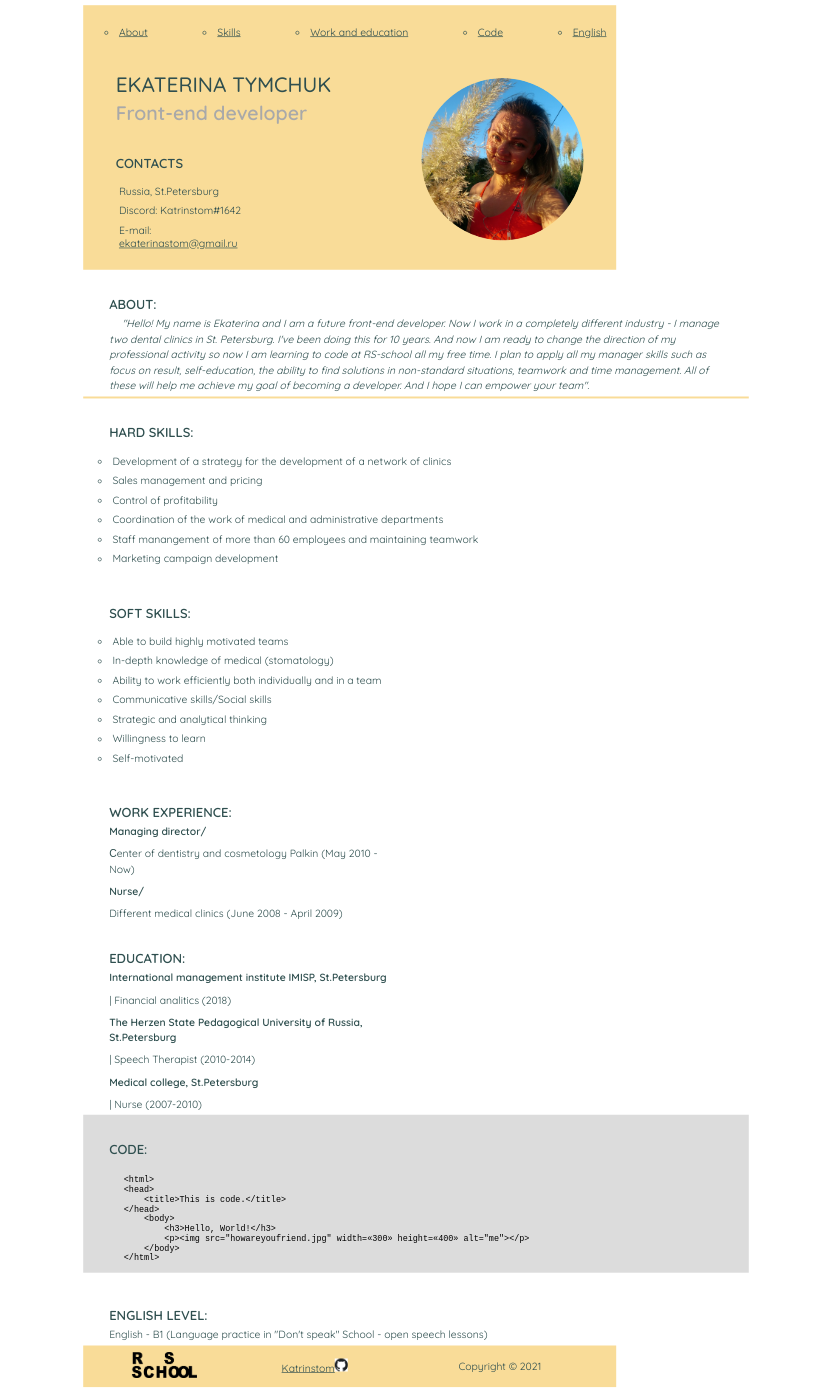
Repository: Katrinstom/rsschool-cv
Page: index.html
These files come from the project's save history. The page is drawn as it stood at one moment and after the next save; the edit follows.
The browser window is 1280 px wide. The pictures show the whole page, at 65% of full size.

Above is the page before, as saved 2022-01-02 19:17:11.

### index.html
<!DOCTYPE html>
<html lang="en">
<head>
    <meta charset="UTF-8">
    <meta http-equiv="X-UA-Compatible" content="IE=edge">
    <meta name="viewport" content="width=device-width, initial-scale=1.0">
    <title>CV</title>
    <link type="text/css" rel="stylesheet" href="style.css"/>
    <link rel="preconnect" href="https://fonts.googleapis.com">
<link rel="preconnect" href="https://fonts.gstatic.com" crossorigin>
<link href="https://fonts.googleapis.com/css2?family=Quicksand:wght@400;500;600&display=swap" rel="stylesheet">
</head>
<body>
    <div id="wrapper">
        <header class="bigblock">
            <nav class="nav">
                <ul class="navlist">
                    <li class="nav-item"><a href="#about" class="nav-link">About</a></li>
                    <li class="nav-item"><a href="#skills" class="nav-link">Skills</a></li>
                    <li class="nav-item"><a href="#workandeducation" class="nav-link">Work and education</a></li>
                    <li class="nav-item"><a href="#code" class="nav-link">Code</a></li>
                    <li class="nav-item"><a href="#english" class="nav-link">English</a></li>
                </ul>
            </nav>
                <img class="pic" src="images/1909_oooo.plus.png" alt="itsme" width="250" height="250">
                <h1>Ekaterina Tymchuk</h1>
                <h2>Front-end developer</h2>
                <h4>Contacts</h4>
                <ul class="nonumber">
                    <li>Russia, St.Petersburg</li>
                    <li>Discord: Katrinstom#1642</li>
                    <li>E-mail:<a href="mailto:ekaterinastom@gmail.ru">ekaterinastom@gmail.ru</a></li>
                </ul>
        </header>
        <article>
            <div class="about" id="about">
                <h4>About:</h4>
                <p>"Hello! My name is Ekaterina and I am a future front-end developer. Now I work in a completely different industry - I manage two dental clinics in St. Petersburg. I've been doing this for 10 years. And now I am ready to change the direction of my professional activity so now I am learning to code at RS-school all my free time. I plan to apply all my manager skills such as focus on result, self-education, the ability to find solutions in non-standard situations, teamwork and time management. All of these will help me achieve my goal of becoming a developer. And I hope I can empower your team".</p>
            </div>
        </article>
        <section>
            <div class="skills" id="skills">
                <h4>Hard skills:</h4>
                <ul>
                    <li>Development of a strategy for the development of a network of clinics</li>
                    <li>Sales management and pricing</li>
                    <li>Control of profitability</li>
                    <li>Coordination of the work of medical and administrative departments</li>
                    <li>Staff manangement of more than 60 employees and maintaining teamwork</li>
                    <li>Marketing campaign development</li>
                </ul>
            </div>
            <div class="skills" id="skills">
                <h4>Soft skills:</h4>
                <ul>
                    <li>Able to build highly motivated teams</li>
                    <li>In-depth knowledge of medical (stomatology)</li>
                    <li>Ability to work efficiently both individually and in a team</li>
                    <li>Communicative skills/Social skills</li>
                    <li>Strategic and analytical thinking</li>
                    <li>Willingness to learn</li>
                    <li>Self-motivated</li>
                </ul>
            </div>
        </section>
        <section>
            <div style="clear:both"></div>
            <div class="workandeducation" id="workandeducation">
                <h4>Work experience:</h4>
                <b>Managing director/</b>
                <p>Сenter of dentistry and cosmetology Palkin (May 2010 - Now)</p>
                <b>Nurse/</b>
                <p>Different medical clinics (June 2008 - April 2009)</p>
            </div>
            <div class="workandeducation" id="workandeducation">
                <h4>Education:</h4>
                <b>International management institute IMISP, St.Petersburg</b>
                <p>| Financial analitics (2018)</p>
                <b>The Herzen State Pedagogical University of Russia, St.Petersburg</b>
                <p>| Speech Therapist (2010-2014)</p>
                <b>Medical college, St.Petersburg</b>
                <p>| Nurse (2007-2010)</p>
            </div>
        </section>
        <section>
            <div class="code" id="code">
                <h4>Code:</h4>
                <pre><code>
        &LT;html&GT;
        &LT;head&GT;
            &LT;title&GT;This is code.&LT;/title&GT;
        &LT;/head&GT;
            &LT;body&GT;
                &LT;h3&GT;Hello, World!&LT;/h3&GT;
                &LT;p&GT;&LT;img src="howareyoufriend.jpg" width=«300» height=«400» alt="me"&GT;&LT;/p&GT;
            &LT;/body&GT;
        &LT;/html&GT;
                </code></pre>
            </div>
            <div class="english" id="english">
            <h4>English level:</h4>
            <p>English - B1 (Language practice in "Don't speak" School - open speech lessons)</p>
            </div>
        </section>
        <footer class="footer">
            <div class="flexcont">
                <a href="https://rs.school/js/"><img src="images/logo-rsschool3.png" alt="logo-rsschool3" width="100" height="40"></a>
                <a href="https://github.com/Katrinstom">Katrinstom<img src="images/gitpic.png" alt="gitlogo" width="20" height="20"></a>
                <p>Copyright © 2021</p>
             </div>
        </footer>
    </div>
</body>
</html>

### style.css
html {
    scroll-behavior: smooth;
}
#wrapper {
    width: 1024px;
    margin: 0 auto;
    background-color:white;
}
.bigblock {
    width: 800px;
    height: auto;
    background-color: #f9dc98;
    margin: 0;
    padding: 10px;
}
.navlist {
    display: flex;
    justify-content: space-between;
    align-items: center;
}
body {
    font-family: 'Quicksand', sans-serif;
}
h1 {
  padding: 30px 40px 5px;
  text-align: left;
  font-family:'Quicksand', sans-serif;
  font-weight: 500;
  font-size: 32px;
  text-transform: uppercase;
  color:darkslategray;
  margin: 0;
}
h2 {
    padding: 0px 40px 5px;
    text-align: left;
    font-family:'Quicksand', sans-serif;
    font-size: 30px;
    color:darkgrey;
    margin: 0;
}
h3 {
    padding: 0px 40px 5px;
    text-align: left;
    font-family:'Quicksand', sans-serif;
    font-size: 25px;
    color:darkgrey;
    margin: 0;
}
h4 {
    font-family:'Quicksand', sans-serif;
    font-size: 20px;
    text-transform: uppercase;
    padding: 40px 40px 0px;
    text-align: left;
    color: darkslategray;
    margin: 0;
}
ul {
    list-style-type:circle;
    padding: auto;
}
.nonumber {
    list-style-type:none;
}
li {
    text-align: left;
    color: darkslategray;
    font-family: 'Quicksand', sans-serif;
    margin: 0;
    padding: 5px 5px 5px;
}
.about {
    border-bottom: solid 3px #f9dc98;
}
.about p {
    text-align: left;
    color: darkslategray;
    font-family: 'Quicksand', sans-serif;
    font-style: italic;
    margin: 0;
    height: auto;
    width: auto;
    padding: 5px 40px 5px;
    line-height: 1.5;
    text-indent: 20px;
}
.english {
    text-align: left;
    color: darkslategray;
    margin: 0;
    height: auto;
    width: auto;
    padding: 0;
}
.slills {
    text-align: left;
    color: darkslategray;
    font-family: 'Quicksand', sans-serif;
    margin: 0;
    height: auto;
    width: 50%;
    padding: 0;
}
.workandeducation {
    text-align: left;
    color: darkslategray;
    font-family: 'Quicksand', sans-serif;
    margin: 0;
    height: auto;
    width: 50%;
    padding: 0;
}
.pic {
    border-radius: 50%;
    float: right;
    padding: 40px;
}
p, b {
    display: block;
    text-align: left;
    color: darkslategray;
    font-family: 'Quicksand', sans-serif;
    margin: 0;
    height: auto;
    width: auto;
    padding: 5px 40px 5px;
    line-height: 1.5;
}
.code {
    text-align: left;
    background-color: gainsboro;
    display: block;
}
.flexcont {
    display: flex;
    flex-direction: row;
    justify-content: space-around;
    align-items: center;
}
a {
    display: block;
}
li a {
    color: darkslategray;
}
footer a {
    color: darkslategray;
}
.footer {
    width: 800px;
    height: auto;
    background-color: #f9dc98;
    margin: 0;
    padding: 10px;
}

After the next save:
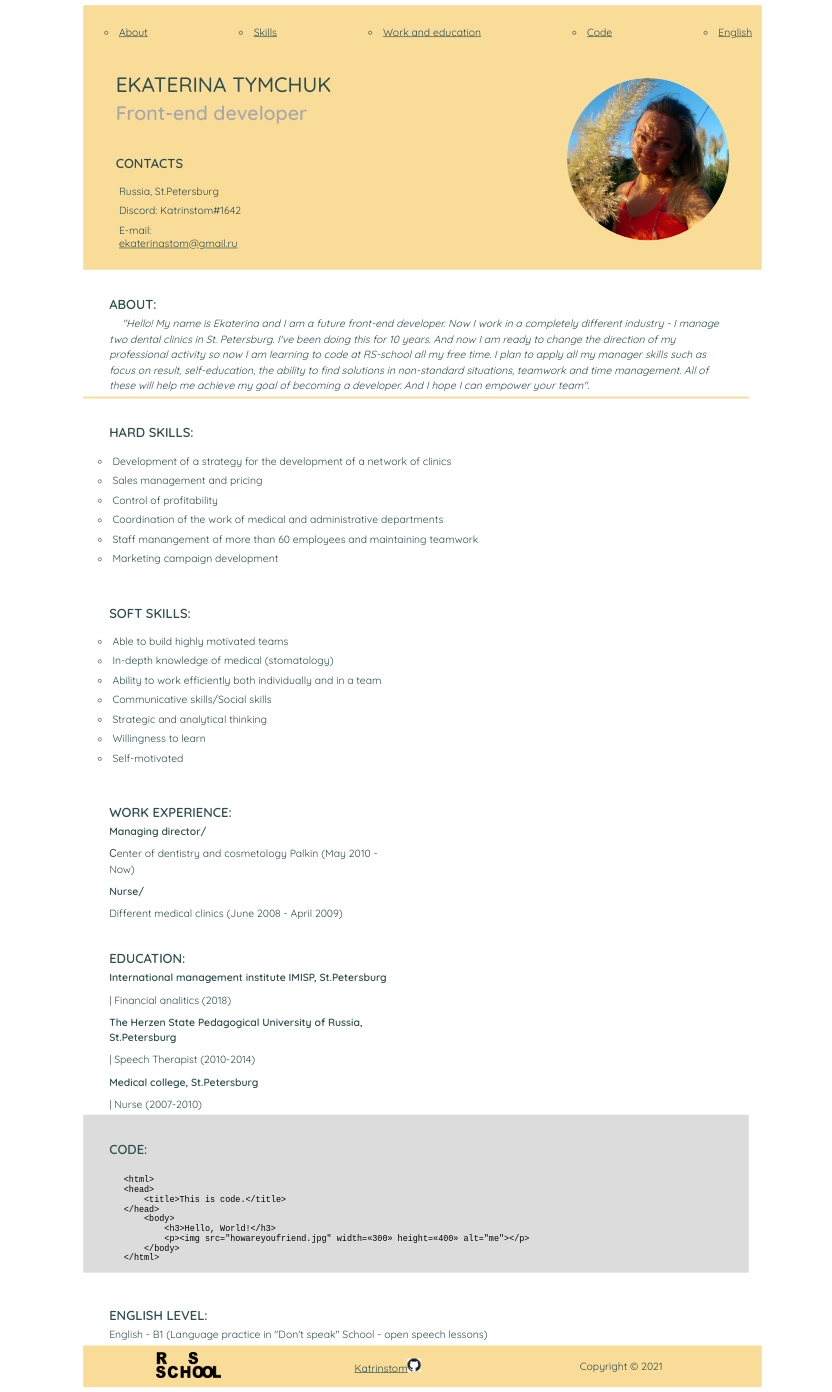
Saved 2 min 25 s later.
--- a/style.css
+++ b/style.css
@@ -7,7 +7,7 @@ html {
     background-color:white;
 }
 .bigblock {
-    width: 800px;
+    width: 1024px;
     height: auto;
     background-color: #f9dc98;
     margin: 0;
@@ -148,7 +148,7 @@ footer a {
     color: darkslategray;
 }
 .footer {
-    width: 800px;
+    width: 1024px;
     height: auto;
     background-color: #f9dc98;
     margin: 0;
